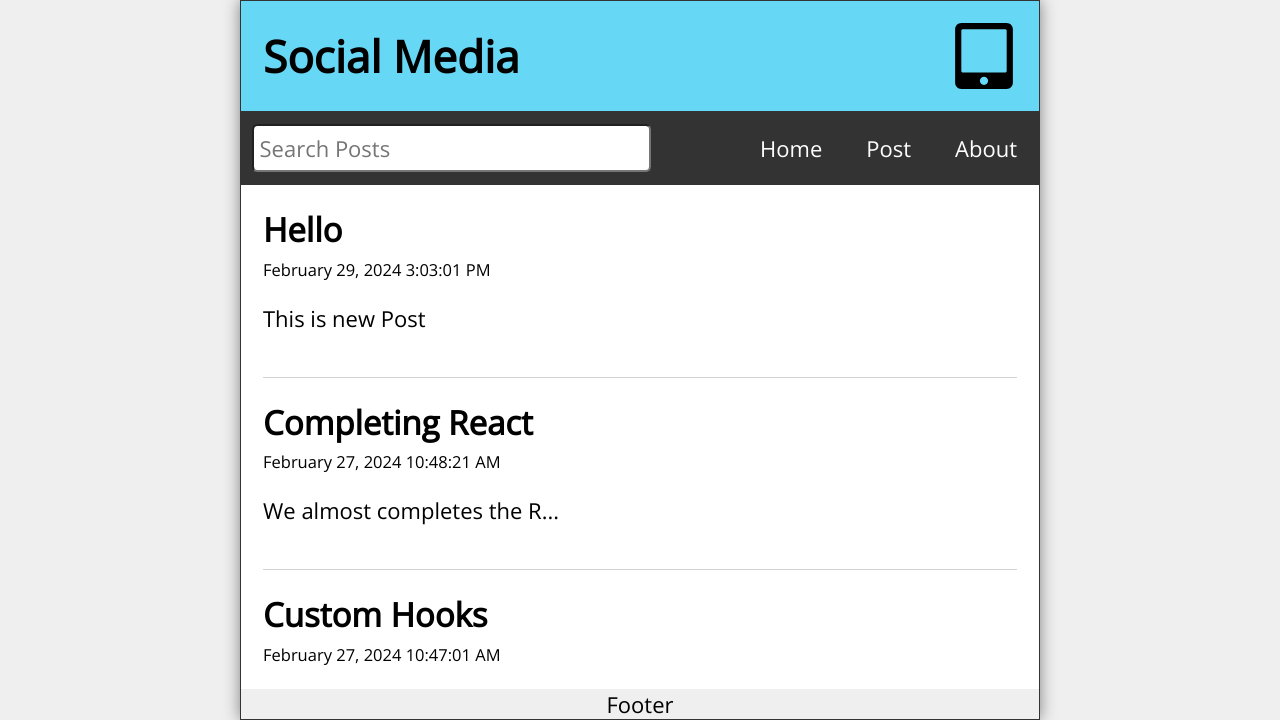
Repository: Kisho14/react_social_app_netlify
Page: /
These files come from the project's save history. The page is drawn as it stood at one moment and after the next save; the edit follows.
The browser window is 1280 px wide. The pictures show the whole page.
An inner scrolling area shows only its first screen. The project was rebuilt for these pictures with package versions that can differ from the ones it lists, and the page was loaded fresh each time. Requests to the local data server were answered from the project's data file. Also part of the build but not shown: src/Missing.js, src/NewPost.js, src/PostPage.js, src/About.js, src/EditPost.js.

Above is the page before, as saved 2024-02-27 12:10:39.

After the next save:
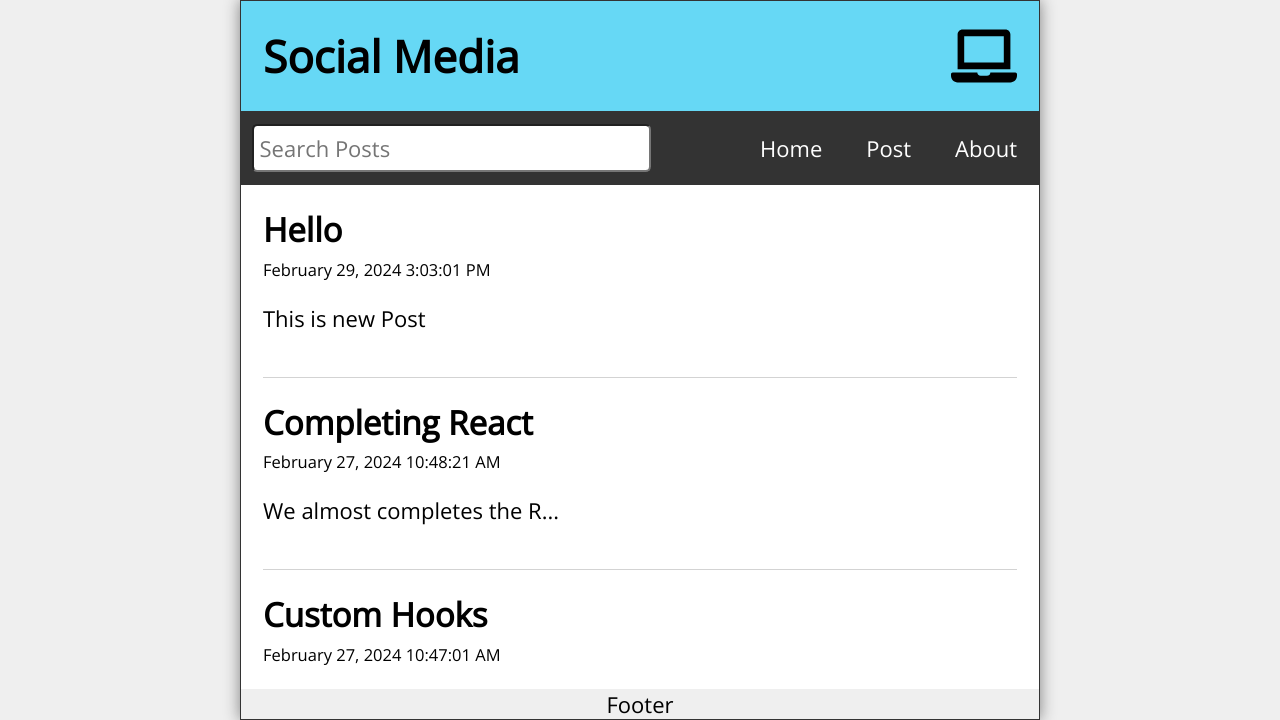
Saved 5 min 7 s later.
--- a/src/Header.js
+++ b/src/Header.js
@@ -6,7 +6,7 @@ const Header = ({title, width}) => {
     <header className='Header'>
         <h1>{title}</h1>
         {width < 768 ? <FaMobileAlt />
-          : width > 992 ? <FaTabletAlt />
+          : width < 992 ? <FaTabletAlt />
             :<FaLaptop /> }
     </header>
 
